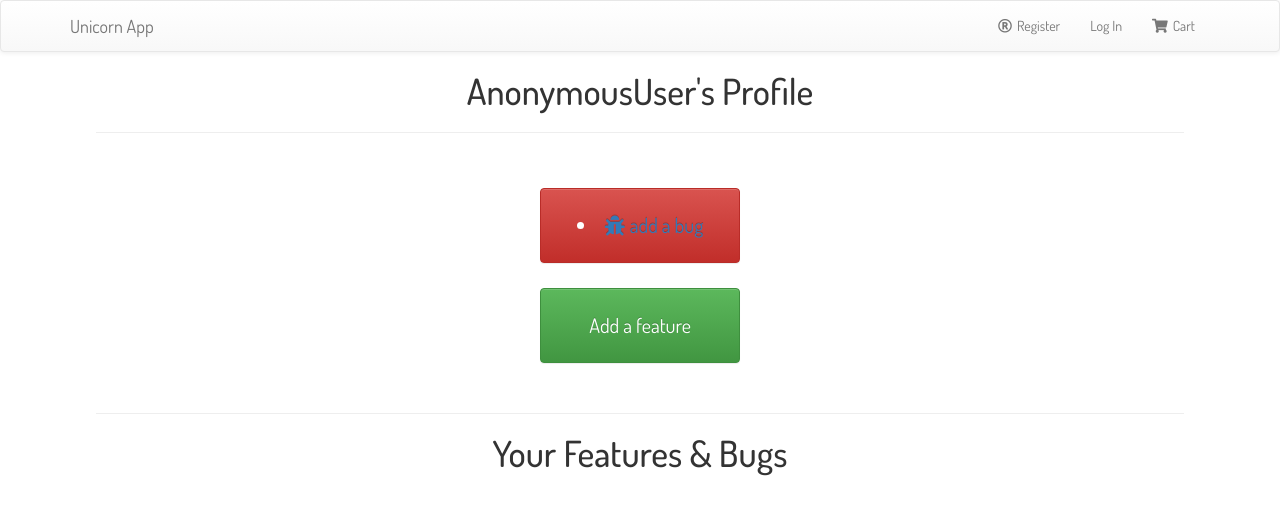
Repository: twdstudent/Project-5-Unicorn
Page: accounts/templates/profile.html
The author's editor kept a record of every edit. The page is drawn from the files as they stood at one moment, then again after the next edit.
The browser window is 1280 px wide. The pictures show the whole page.
Some web fonts or font styles are not loaded; a fallback is used. Some web libraries are served in a nearby version. The template is drawn by Django 2.2. The application's start-up code is not run. The template is opened directly, without the code that normally fills it, so the values that code supplies are empty.

Above is the page before.

After the next edit:
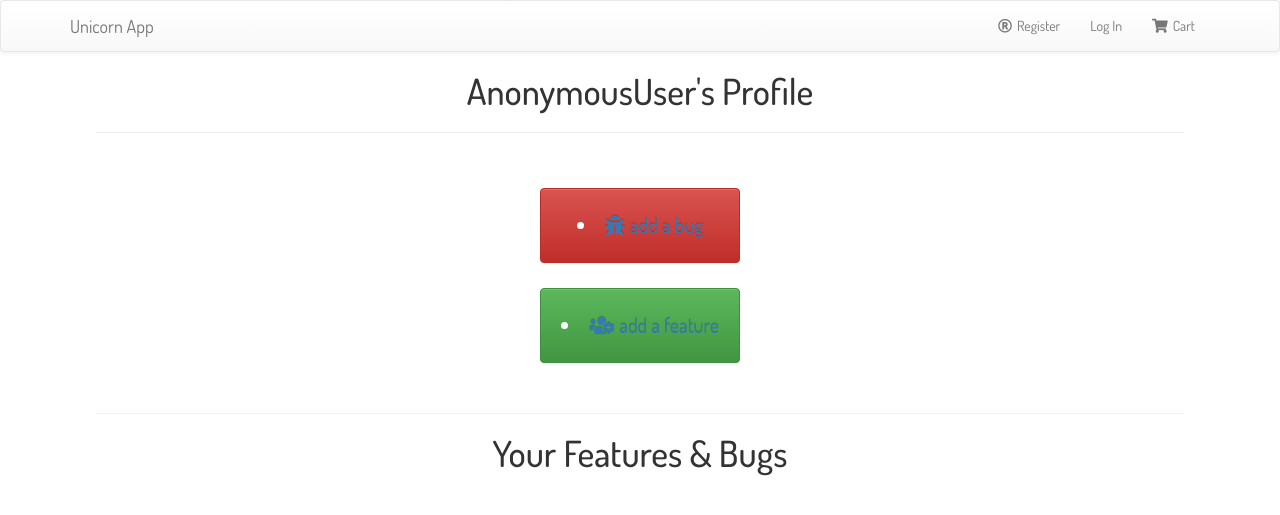
The edit:
--- a/accounts/templates/profile.html
+++ b/accounts/templates/profile.html
@@ -8,7 +8,7 @@
         <button type="button" class="btn-mod btn btn-danger"><li><a href="{% url 'get_bugs' %}"><i class="fas fa-bug"></i>add a bug</a></li></button>
     </div>
     <div class="button">
-        <button type="button" class="btn-mod btn btn-success">Add a feature</button>
+        <button type="button" class="btn-mod btn btn-success"><li><a href="{% url 'get_feature' %}"><i class="fas fa-users-cog"></i>add a feature</a></li></button>
     </div>
 </div>
 
